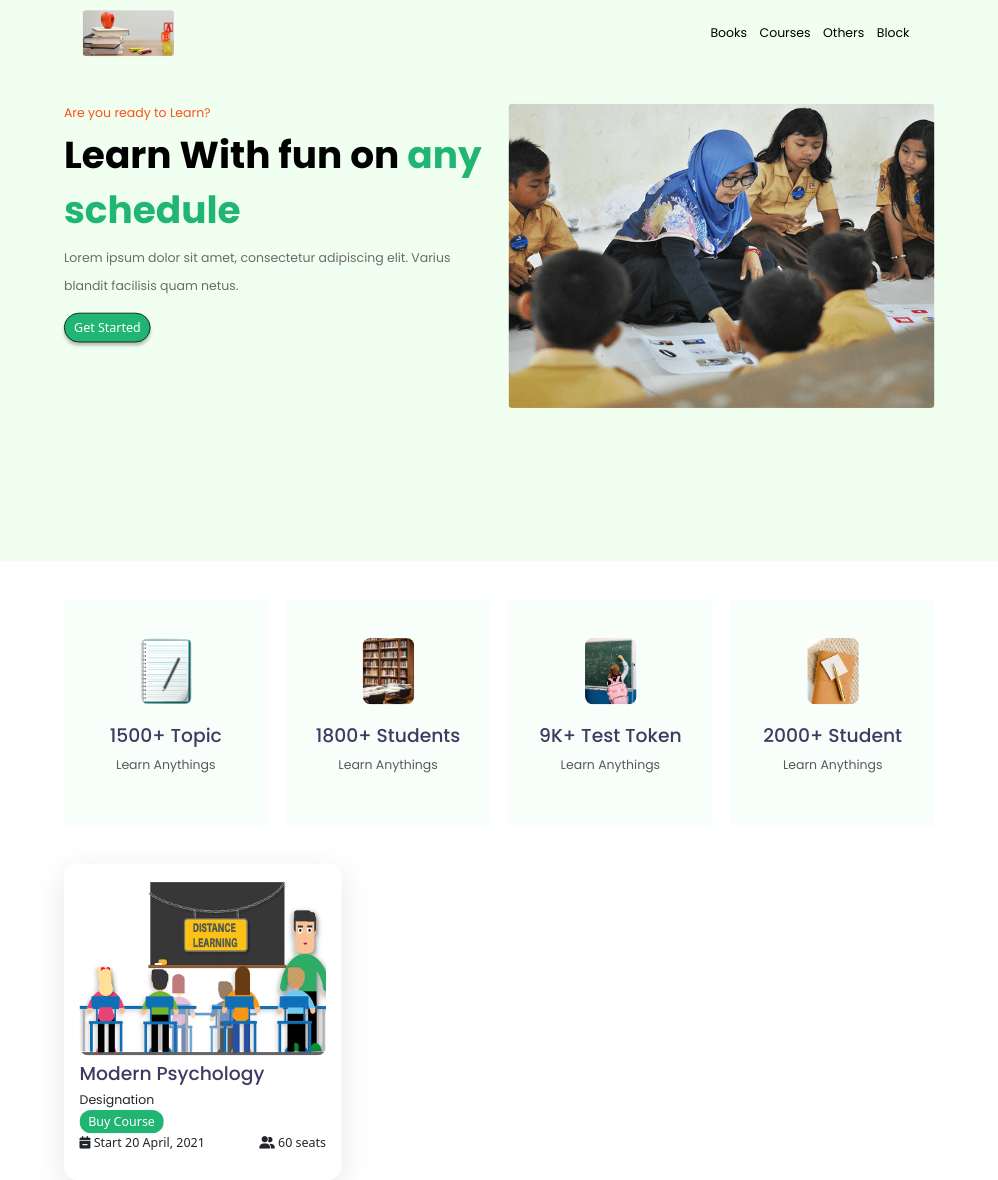
Repository: zjria/Figma-to-E-school
Page: index.html
The author's editor kept a copy of each file at every save. The page is drawn from the files as they stood at one save, then again after the next save.
The browser window is 1280 px wide. The pictures show the whole page, at 78% of full size.
Some web libraries are served in a nearby version.

Above is the page before, as saved 2022-05-07 08:05:25.

### index.html
<!doctype html>
<html lang="en">
  <head>
    <!-- Required meta tags -->
    <meta charset="utf-8">
    <meta name="viewport" content="width=device-width, initial-scale=1">
    <title>E-School</title>

    <!-- Google Font family -->
    <link rel="preconnect" href="https://fonts.googleapis.com">
    <link rel="preconnect" href="https://fonts.gstatic.com" crossorigin>
    <link href="https://fonts.googleapis.com/css2?family=Poppins:wght@100;300;400;500;600;700;800;900&display=swap" rel="stylesheet">
    <!-- Bootstrap CSS -->
    <link href="https://cdn.jsdelivr.net/npm/bootstrap@5.0.2/dist/css/bootstrap.min.css" rel="stylesheet">
    <!-- Font awesome -->
    <link rel="stylesheet" href="https://cdnjs.cloudflare.com/ajax/libs/font-awesome/6.1.1/css/all.min.css">
    <!-- custom css -->
    <link rel="stylesheet" href="style.css">
  </head>
  <body>
    <section class="hero-section">
        <div class="container">
            <div class="row">
                <nav class="navbar navbar-expand-md navbar-light">
                    <div class="container-fluid">
                      <a class="navbar-brand" href="#"><img class="img-fluid rounded-3" src="images/logo.png" alt=""></a>
                      <button class="navbar-toggler" type="button" data-bs-toggle="collapse" data-bs-target="#navbarSupportedContent" aria-controls="navbarSupportedContent" aria-expanded="false" aria-label="Toggle navigation">
                        <span class="navbar-toggler-icon"></span>
                      </button>
                      <div class="collapse navbar-collapse" id="navbarSupportedContent">
                        <ul class="navbar-nav me-auto mb-2 mb-lg-0">
                          <li class="nav-item">
                            <a class="nav-link" href="#">Books</a>
                          </li>
                          <li class="nav-item">
                            <a class="nav-link" href="#">Courses</a>
                          </li>
                          <li class="nav-item">
                            <a class="nav-link" href="#">Others</a>
                          </li>
                          <li class="nav-item">
                            <a class="nav-link" href="#">Block</a>
                          </li>
                        </ul>

                      </div>
                    </div>
                  </nav>
            </div>
            <!-- Header Content Section -->
            <div class="row pt-5">
              <div class="col-md-6 hero-content">
                <h5>Are you ready to Learn?</h5>
                <h1>Learn With fun on <span>any schedule</span></h1>
                <p>Lorem ipsum dolor sit amet, consectetur adipiscing elit. Varius blandit facilisis quam netus.</p>
                <a href="" class="btn btn-custom">Get Started</a>
              </div>
              <div class="col-md-6">
                <img src="images/hero-img.png" class="img-fluid rounded-3" alt="">
              </div>
            </div>
        </div>
    </section>

     <!-- Feature -->
     <section class="feature mt-5 mb-5">
      <div class="container">
        <div class="row">
          <div class="col-md-3">
            <div class="feature-content text-center">
              <img src="images/price-1.png" class="img-fluid" alt="">
              <h3>1500+ Topic</h3>
              <p>Learn Anythings</p>
            </div>
          </div>
          <div class="col-md-3">
            <div class="feature-content text-center">
              <img src="images/price-2.png" class="img-fluid" alt="">
              <h3>1800+ Students</h3>
              <p>Learn Anythings</p>
            </div>
          </div>
          <div class="col-md-3">
            <div class="feature-content text-center">
              <img src="images/price-3.png" class="img-fluid" alt="">
              <h3>9K+ Test Token</h3>
              <p>Learn Anythings</p>
            </div>
          </div>
          <div class="col-md-3">
            <div class="feature-content text-center">
              <img src="images/price-4.png" class="img-fluid" alt="">
              <h3>2000+ Student</h3>
              <p>Learn Anythings</p>
            </div>
          </div>
        </div>
      </div>
     </section>

     <!-- Online Course -->
     <section class="online-course">
       <div class="container">
         <div class="row">
           <div class="col-md-4">
            <div class="course">
              <img src="images/online-1.png" class="img-fluid" alt="">
              <h2>Modern Psychology</h2>
              <h6>Designation</h6>
              <a href="" class="btn btn-cours">Buy Course</a>
              <ul>
                <li><i class="fa-solid fa-calendar-minus"></i> Start 20  April, 2021</li>
                <li><i class="fa-solid fa-user-group"></i> 60 seats</li>
              </ul>
            </div>
           </div>
           <div class="col-md-4"></div>
           <div class="col-md-4"></div>
         </div>
       </div>
     </section>






    <!-- Option 1: Bootstrap Bundle with Popper -->
    <script src="https://cdn.jsdelivr.net/npm/bootstrap@5.0.2/dist/js/bootstrap.bundle.min.js"></script>
  </body>
</html>

### style.css
/* font-family: 'Poppins', sans-serif; */
.hero-section{
    background: #F0FFF0;
    min-height: 100vh;
}
.navbar-light .navbar-nav .nav-link {
    color: rgb(0, 0, 0);
    font-family: 'Poppins', sans-serif;
    font-style: normal;
    font-weight: 400;
    font-size: 16px;
    line-height: 24px;
}
.navbar-light .navbar-nav .nav-link:hover {
    color: #C2B49D;
}
.navbar-brand img{
    width: 15%;
}
.hero-content h5 {
    font-family: 'Poppins';
    font-style: normal;
    font-weight: 400;
    font-size: 16px;
    line-height: 24px;
    color: #FD511A;
}
.hero-content h1 {
    font-family: 'Poppins';
    font-style: normal;
    font-weight: 700;
    font-size: 48px;
    line-height: 70px;
    color: #000000;
}
.hero-content h1 span{
    color: #21B573
}
.hero-content p {
    font-family: 'Poppins';
    font-style: normal;
    font-weight: 400;
    font-size: 16px;
    line-height: 36px;
    color: #6C6B6B;
}
.btn-custom{
    background: #21B573;
    border: 1px solid #000000;
    box-shadow: 0px 4px 4px rgba(0, 0, 0, 0.25);
    border-radius: 33px;
    color: #fff;
}
.feature-content{
    background: #F8FFFB;
    padding: 50px 0;
}
.feature-content img{
    width: 66px;
    height: 85px;
    margin-bottom: 22px;
    border-radius: 10px;

}
.feature-content h3{
font-family: 'Poppins';
font-style: normal;
font-weight: 500;
font-size: 24px;
line-height: 36px;color: #413960;
}
.feature-content p{
font-family: 'Poppins';
font-style: normal;
font-weight: 400;
font-size: 16px;
line-height: 24px;color: #585859;
}
.feature-content:hover{
    background: #FFFFFF;
    box-shadow: 0px 20px 40px rgba(0, 0, 0, 0.1);
    border-radius: 10px;
}
/* Online Course */
.course {

background: #FFFFFF;
box-shadow: 0px 10px 40px rgba(0, 0, 0, 0.1);
border-radius: 18px;padding: 20px;}
.course img{

border-radius: 11px;}
.course h2{

font-family: 'Poppins';
font-style: normal;
font-weight: 500;
font-size: 24px;
line-height: 36px;color: #413960;padding: 5px 0px;margin: 0;}
.course h6{

margin: 0;font-family: 'Poppins';

font-weight: 400;

line-height: 24px;}
.course .btn-cours{

background: #21B573;
border-radius: 33px;color: #fff;padding: 2px 10px;}
.course ul{

display: flex;justify-content: space-between;padding: 0;}
.course ul li {

list-style: none;margin: 0px;padding: 0px;}
.course ul li i{

}

After the next save:
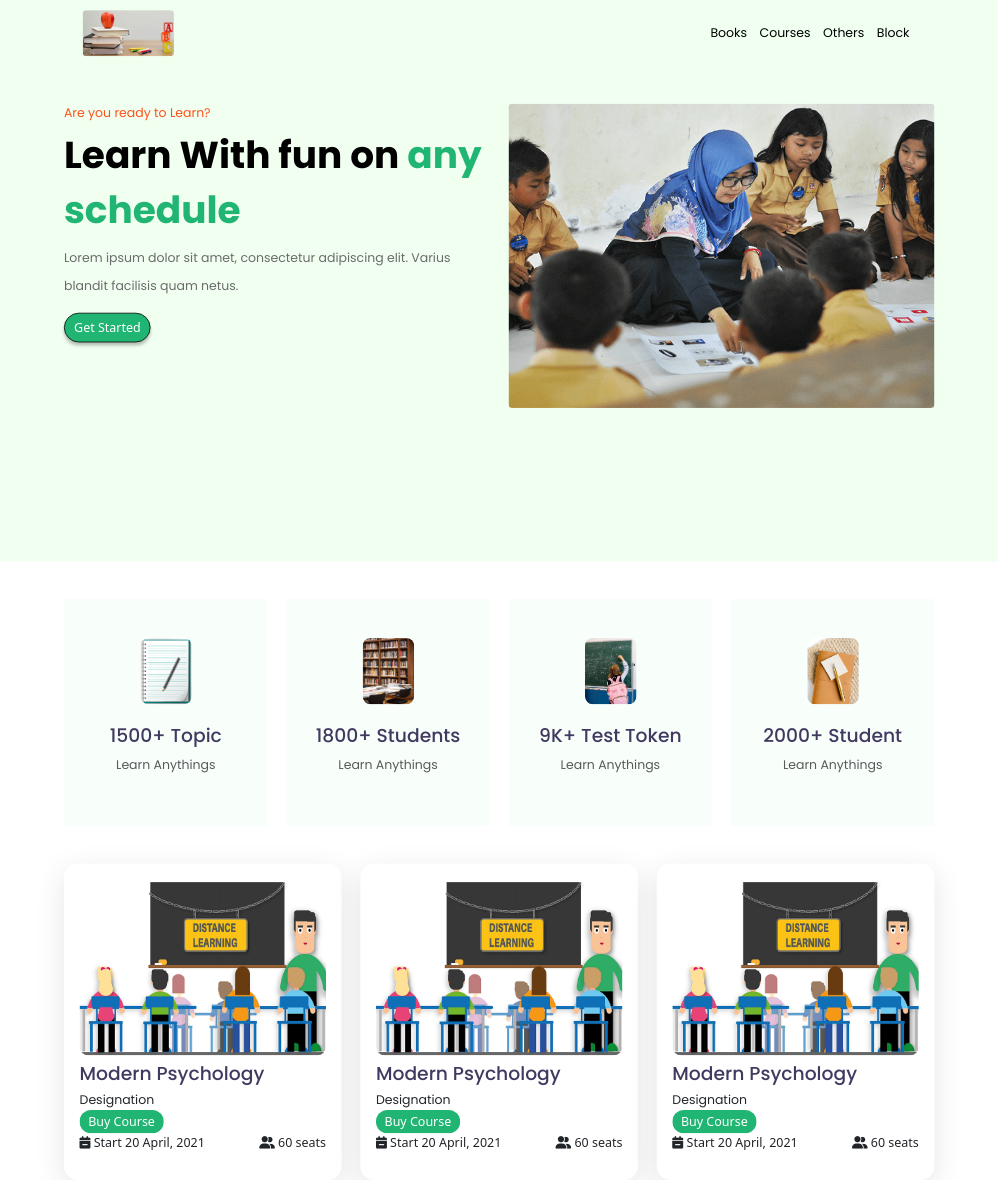
Saved 107 s later.
--- a/index.html
+++ b/index.html
@@ -114,8 +114,30 @@
               </ul>
             </div>
            </div>
-           <div class="col-md-4"></div>
-           <div class="col-md-4"></div>
+           <div class="col-md-4">
+            <div class="course">
+              <img src="images/online-1.png" class="img-fluid" alt="">
+              <h2>Modern Psychology</h2>
+              <h6>Designation</h6>
+              <a href="" class="btn btn-cours">Buy Course</a>
+              <ul>
+                <li><i class="fa-solid fa-calendar-minus"></i> Start 20  April, 2021</li>
+                <li><i class="fa-solid fa-user-group"></i> 60 seats</li>
+              </ul>
+            </div>
+           </div>
+           <div class="col-md-4">
+            <div class="course">
+              <img src="images/online-1.png" class="img-fluid" alt="">
+              <h2>Modern Psychology</h2>
+              <h6>Designation</h6>
+              <a href="" class="btn btn-cours">Buy Course</a>
+              <ul>
+                <li><i class="fa-solid fa-calendar-minus"></i> Start 20  April, 2021</li>
+                <li><i class="fa-solid fa-user-group"></i> 60 seats</li>
+              </ul>
+            </div>
+           </div>
          </div>
        </div>
      </section>
